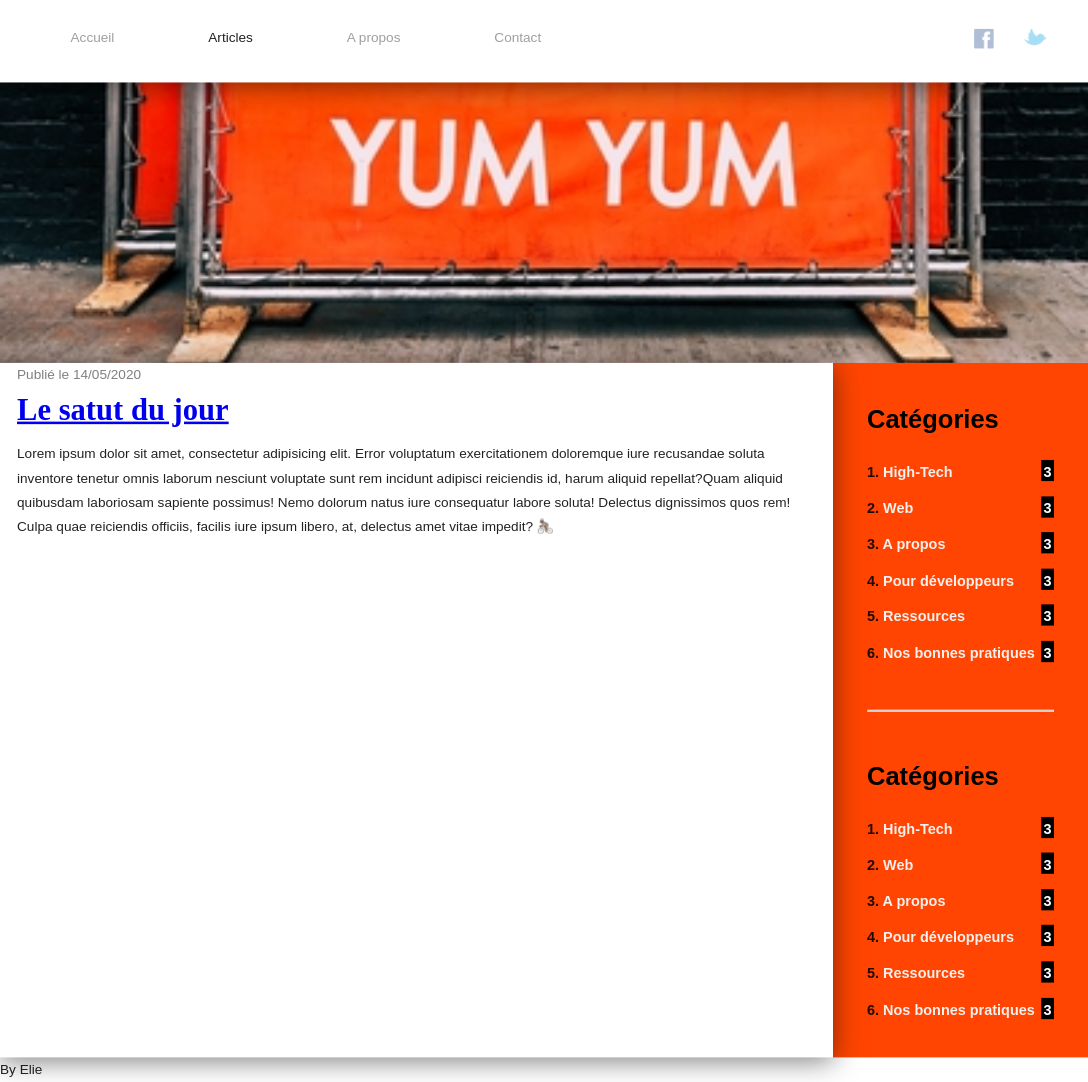
Repository: Elie-Dey/blog-train
Page: article.html
These files come from the project's save history. The page is drawn as it stood at one moment and after the next save; the edit follows.
The browser window is 1280 px wide. The pictures show the whole page, at 85% of full size.

Above is the page before, as saved 2020-06-17 23:38:13.

### article.html
<!DOCTYPE html>
<html lang="en">
<head>
    <meta charset="UTF-8">
    <meta name="viewport" content="width=device-width, initial-scale=1.0">
    <link rel="stylesheet" href="style.css">
    <title>Mon blog</title>
</head>
<body>
    <header class="topbar">
        <nav>
            <a href="index.html">Accueil</a>
            <a href="articles.html" class="active"> Articles</a>
            <a href="about.html">A propos</a>
            <a href="apropos.html">Contact</a>
        </nav>
        <div class="social">
            <a href="#"> <img src="images/fb.png" alt="Facebook"></a>
            <a href="#"> <img src="images/twitter.png" alt="Twitter"></a>
        </div>
    </header>
    <div class="banniere"></div>
   <div class="body">
    <main class="main">
        <div class="container">

              <div class="article-date">Publié le 14/05/2020</div>
              <h2 class="article-title">  <a href="#">    Le satut du jour</a>  </h2>
              <p>
                  Lorem ipsum dolor sit amet, consectetur adipisicing elit. Error voluptatum exercitationem doloremque iure recusandae soluta inventore tenetur omnis laborum nesciunt voluptate sunt rem incidunt adipisci reiciendis id, harum aliquid repellat?Quam aliquid quibusdam laboriosam sapiente possimus! Nemo dolorum natus iure consequatur labore soluta!
                  Delectus dignissimos quos rem! Culpa quae reiciendis officiis, facilis iure ipsum libero, at, delectus amet vitae impedit? &#128692;&#127999;
              </p>
          </article>


        </div>
     </main>

    <aside class="sidebar">
        <h4 class="sidebar-title">Catégories</h4>
        <ul>
            <li><a href="#">High-Tech</a></li>
            <li><a href="#">Web</a></li>
            <li><a href="#">A propos</a></li>
            <li><a href="#">Pour développeurs </a></li>
            <li><a href="#">Ressources</a></li>
            <li><a href="#">Nos bonnes pratiques</a></li>
        </ul>
        <hr>
        <h4 class="sidebar-title">Catégories</h4>
        <ul>
            <li><a href="#">High-Tech</a></li>
            <li><a href="#">Web</a></li>
            <li><a href="#">A propos</a></li>
            <li><a href="#">Pour développeurs</a></li>
            <li><a href="#">Ressources</a></li>
            <li><a href="#">Nos bonnes pratiques</a></li>
        </ul>


    </aside>
</div>
    <footer class="footer">
        By Elie
    </footer>
</body>
</html>

### style.css
/*
* Prefixed by https://autoprefixer.github.io
* PostCSS: v7.0.29,
* Autoprefixer: v9.7.6
* Browsers: last 4 version,ie > 8
*/

*{
    -webkit-box-sizing: border-box;
            box-sizing: border-box;
}
body, html
{
    margin: 0;
    font-size: 16px;
    font-family: 'Montserrat Alternates', sans-serif;
    color: rgba(0, 0, 0, .87);
    line-height: 1.8;

}
.topbar{

    position: fixed;
    top: 0;
    right: 0;
    left: 0;
    width: 100%;
    background-color: white;
    padding: 30px ;
    z-index: 3;
    font-family: 'Montserrat Alternates', sans-serif;
    font-weight: 700;
    -webkit-box-shadow: 0 4px 30px rgba(0, 0, 0, .5);
            box-shadow: 0 4px 30px rgba(0, 0, 0, .5);

}
.topbar nav{
    float: left;

}
.topbar nav a {
    color: #9f9f9f;
    text-decoration: none;
    font-weight: 500;
    padding: 0 53px;
}

.topbar nav a:hover , .topbar nav a.active{
    color:  rgba(0, 0, 0, .87);
}

 .social {
    float: right;
}

.social a
{
    padding: 0 12px;
    opacity: .4;
}
.social a:hover
{
    opacity: 1;
}

.banniere {
    height: 427px;
    background: no-repeat center center / cover url("images/banniere.jpg");
}
.body
{
    display: -webkit-box;
    display: -ms-flexbox;
    display: flex;
}
.main
{

    width: calc(100% - 300px);
    background: white;
    -webkit-box-shadow: 0 4px 30px rgba(0, 0, 0, .5);
            box-shadow: 0 4px 30px rgba(0, 0, 0, .5);
    position: relative;
    z-index: 2;


}
.sidebar
{

    background:rgb(255, 69, 1);
    width: 300px;
    padding: 40px;
    font-size: 17px;
    font-weight: 700;
    position: relative;
    z-index: 1;
}
.sidebar ul
{
    counter-reset: sidebarlist;
}

.sidebar li::before
{
    counter-increment: sidebarlist;
    content: counter(sidebarlist) ". ";
}
.sidebar li::after
{
    content: '3';
    float:right;
    background: black;
    color:white;
    width: 15px;
    height: 25px;
    text-align: center;
}
.sidebar li:first-child
{
    overflow: hidden;
}
.sidebar-title
{
    font-size: 30px;
    color: black;
    margin: 20px 0;
}
.sidebar a
{
    text-decoration: none;
    color: rgb(243, 241, 239);

}
.sidebar ul
{
    margin: 0;
    padding: 0;
    list-style: none;

}
.sidebar li
{
    padding: 6px 0;
}
.sidebar li:first-child
{
    padding-top: 0;
}

.sidebar li:last-child
{
    padding-bottom: 0;
}
.sidebar a:hover
{
    text-decoration: underline;
}

.sidebar hr
{
    border-color:none;
    background: white;
    height: 1px;
    margin: 50px 0;


}

.sidebar-title:first-child
{
    margin-top: 0;
}


.article
{
    position: relative;
    overflow: hidden;
    margin: 50px 0;
    padding-left: 225px;
    min-height: 225px;

}
.article p
{
    font-family: 'Montserrat Alternates', sans-serif;
    font-weight: 500;
}
.article p::first-letter
{
    font-size: 2em;
    font-weight: bold;
}
.container
{
    max-width: 940px;
    margin: 0 auto;
}
.article a
{
    color: inherit;
    text-decoration: none;
}
.article a:hover
{
    text-decoration: underline;
}
.article-img
{
    position: absolute;
    left: 0;
    top: 0;
    width: 200px;
    margin-right: 25px;
}
.article-title
 {
    font-size: 2.25rem;
    line-height: 1.2;
    font-family: "Cardo", serif;
    margin: 0 0 15px 0;
 }
.article-date
{
    font-weight: 300;
    color: rgba(0, 0, 0, .5);
    margin-bottom: 5px;
}
.article-img img
{
    width: 100%;
    height: auto;
}
.footer
{
    clear: both;
}

After the next save:
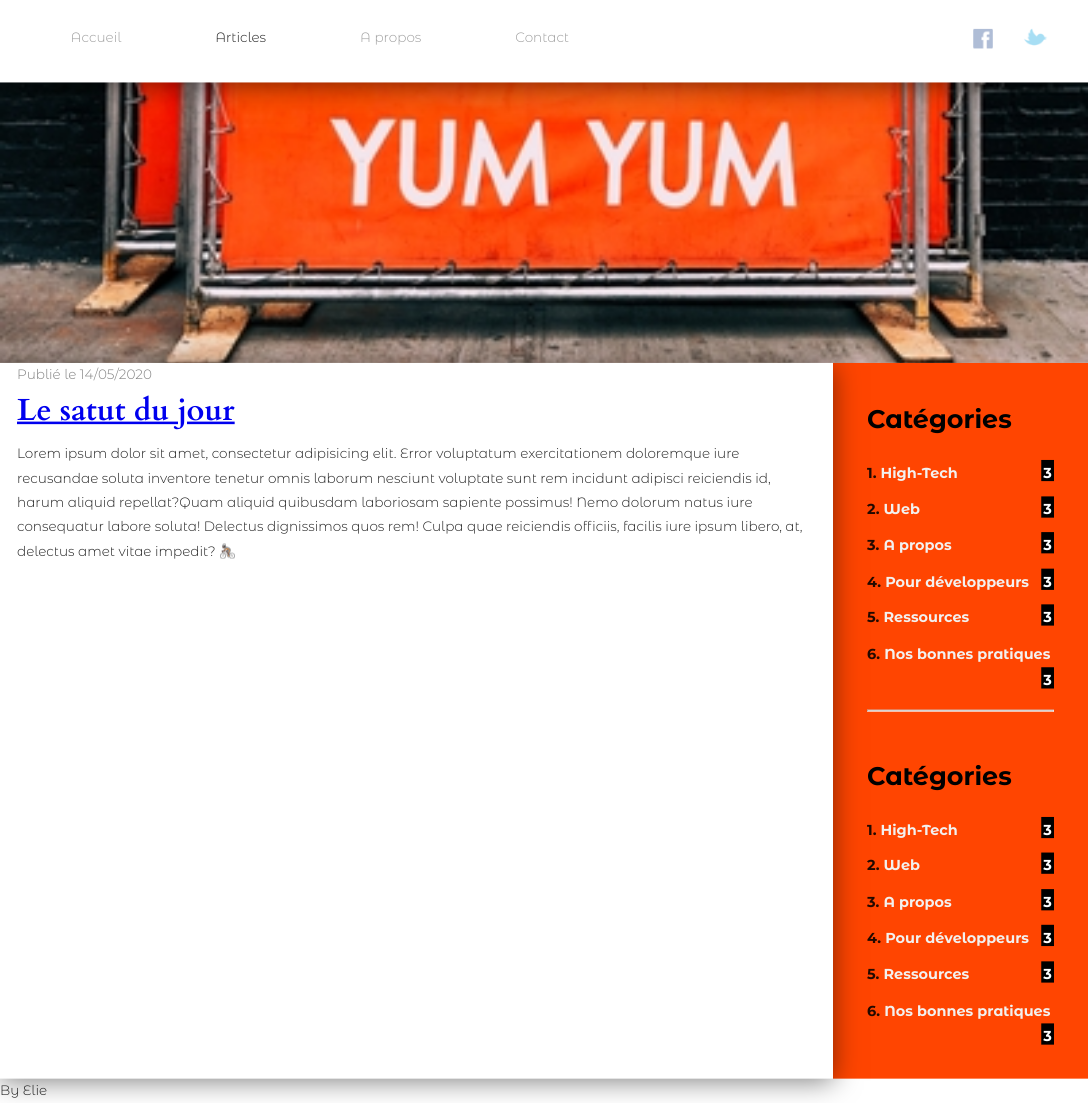
Saved 42 s later.
--- a/article.html
+++ b/article.html
@@ -3,6 +3,7 @@
 <head>
     <meta charset="UTF-8">
     <meta name="viewport" content="width=device-width, initial-scale=1.0">
+    <link href="https://fonts.googleapis.com/css2?family=Cardo:wght@400;700&family=Montserrat+Alternates:wght@300;700&display=swap" rel="stylesheet">
     <link rel="stylesheet" href="style.css">
     <title>Mon blog</title>
 </head>
